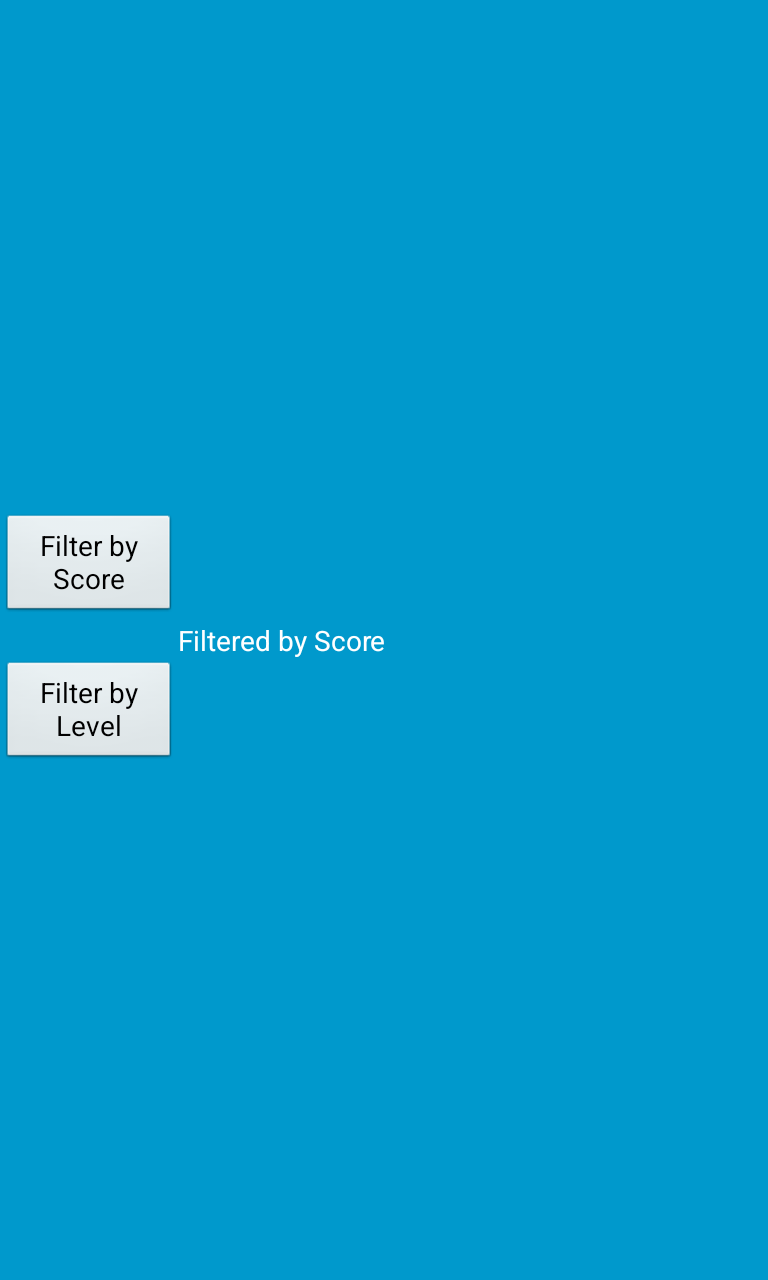
Repository: valleskeyp/IADHub
Layout: MGDGame-android/res/layout/main.xml
These files come from the project's save history. The layout is drawn as it stood at one moment and after the next save; the edit follows.
It is drawn on a 768 x 1280 px phone screen (xhdpi) without system bars, with theme android:Theme.NoTitleBar.Fullscreen; the app's code is not run. Lists and similar views that code fills are empty.

Above is the layout before, as saved 2013-07-29 23:23:13.

### MGDGame-android/res/layout/main.xml
<?xml version="1.0" encoding="utf-8"?>
<LinearLayout xmlns:android="http://schemas.android.com/apk/res/android"
    android:layout_width="fill_parent"
    android:layout_height="fill_parent"
    android:orientation="horizontal"
    android:background="@android:color/holo_blue_dark" >

	<LinearLayout
	    android:layout_width="wrap_content"
	    android:layout_height="wrap_content"
	    android:orientation="vertical"
	    android:layout_gravity="center_vertical" >

	    <Button
	        android:id="@+id/filterScore"
	        android:layout_marginBottom="20dp"
	        android:layout_width="89dp"
	        android:layout_height="wrap_content"
	        android:text="Filter by Score" />

	    <Button
	        android:id="@+id/filterLevel"
	        android:layout_width="89dp"
	        android:layout_height="wrap_content"
	        android:text="Filter by Level" />
	</LinearLayout>

	<LinearLayout
	    android:layout_width="wrap_content"
	    android:layout_height="wrap_content"
	    android:orientation="vertical"
	    android:layout_gravity="center_vertical" >

	    <TextView
	        android:id="@+id/textView1"
	        android:layout_width="match_parent"
	        android:layout_height="wrap_content"
	        android:text="Filtered by Score"
	        android:textColor="@android:color/white" />
		<LinearLayout
		    android:layout_width="wrap_content"
	    	android:layout_height="wrap_content"
	    	android:background="@android:color/black">
	    <ListView
	        android:id="@+id/list_scores"
	        android:layout_width="match_parent"
	        android:layout_height="wrap_content"
	        android:clickable="false" >
	    </ListView>
	    </LinearLayout>
	</LinearLayout>

</LinearLayout>

After the next save:
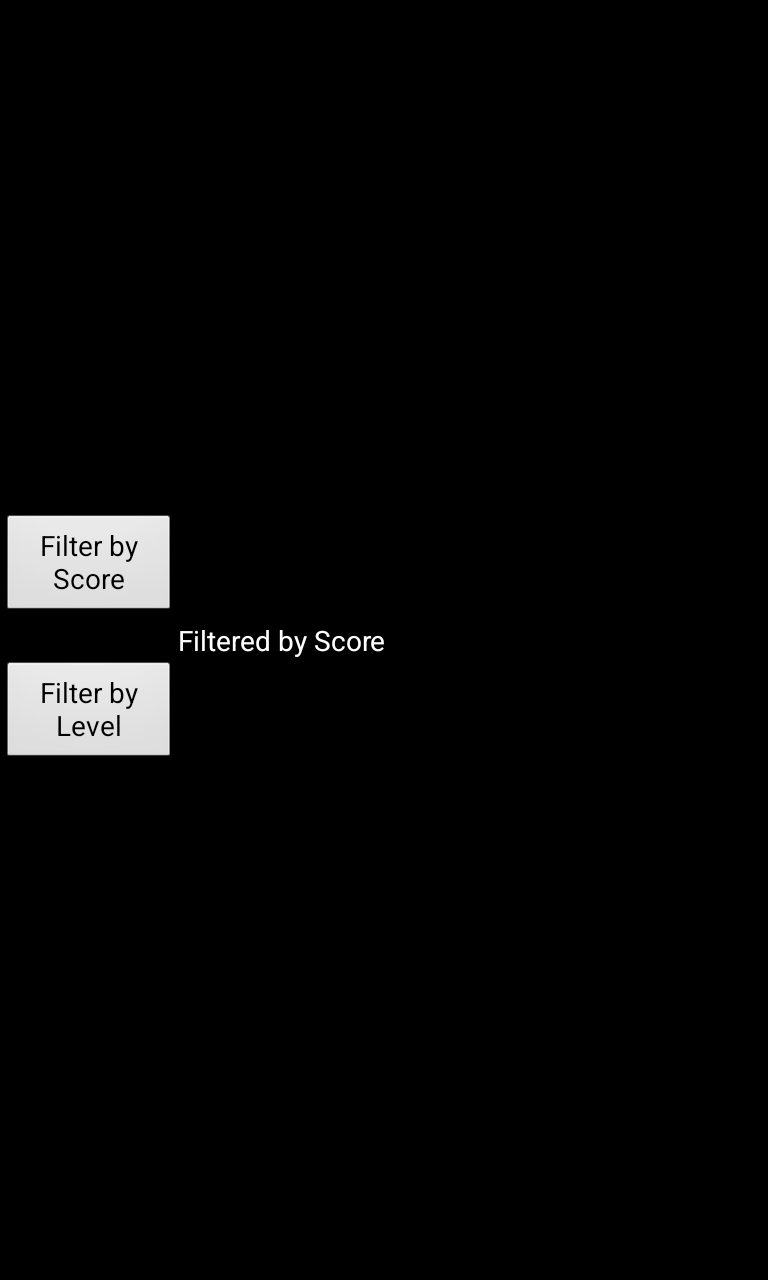
Saved 27 s later.
--- a/MGDGame-android/res/layout/main.xml
+++ b/MGDGame-android/res/layout/main.xml
@@ -3,7 +3,7 @@
     android:layout_width="fill_parent"
     android:layout_height="fill_parent"
     android:orientation="horizontal"
-    android:background="@android:color/holo_blue_dark" >
+    android:background="@android:color/black" >
 
 	<LinearLayout
 	    android:layout_width="wrap_content"
@@ -40,7 +40,7 @@
 		<LinearLayout
 		    android:layout_width="wrap_content"
 	    	android:layout_height="wrap_content"
-	    	android:background="@android:color/black">
+	    	android:background="@android:color/holo_blue_dark">
 	    <ListView
 	        android:id="@+id/list_scores"
 	        android:layout_width="match_parent"
